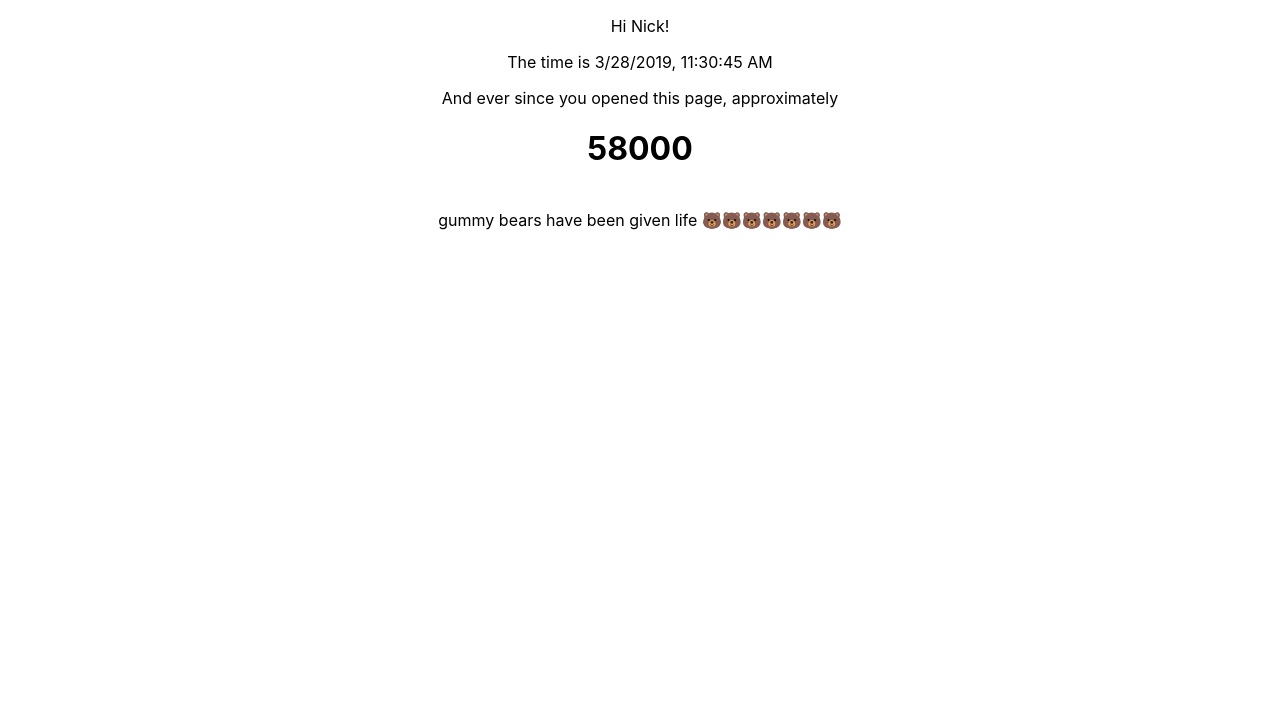
Repository: crispinonicky/gummy-facts
Page: /
An editor plug-in stored every save of this project. The page is shown before and after the next save, followed by the edit.
The browser window is 1280 px wide. The pictures show the whole page.
The project was rebuilt for these pictures with package versions that can differ from the ones it lists, and the page was loaded fresh each time.

Above is the page before, as saved 2019-03-28 14:26:34.

After the next save:
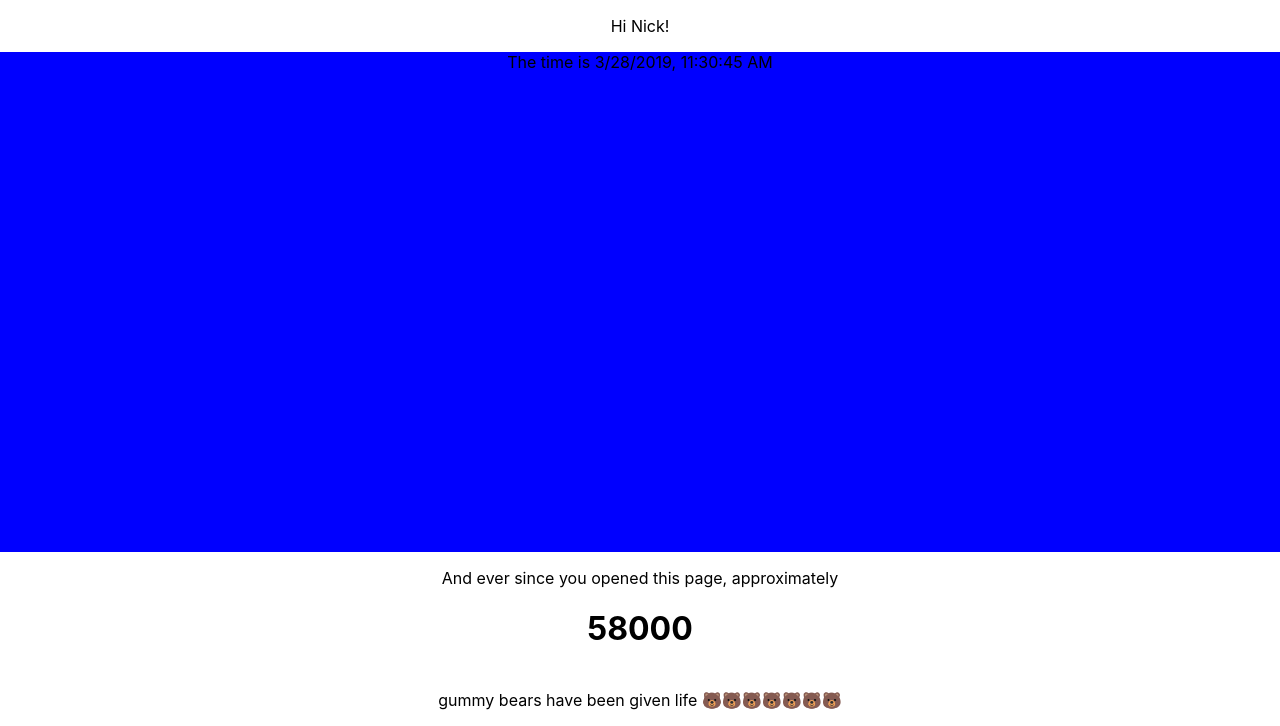
Saved 26 s later.
--- a/src/App.css
+++ b/src/App.css
@@ -2,3 +2,8 @@
   text-align: center;
   margin: 0 auto;
 }
+
+.Clock {
+  height: 500px;
+  background: blue;
+}
